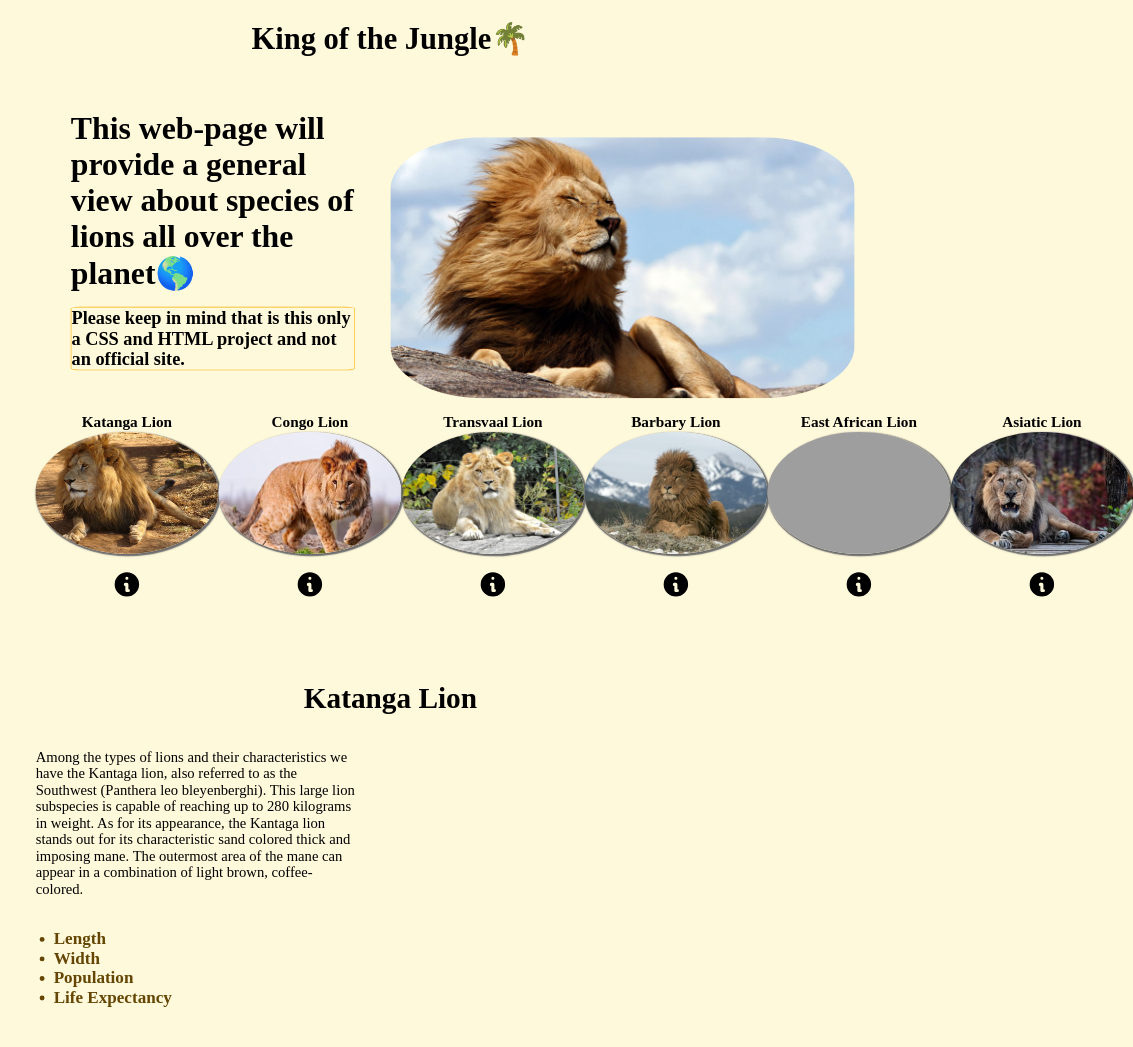
Repository: GeorgeManias/lions_project
Page: index.html
The author's editor kept a copy of each file at every save. The page is drawn from the files as they stood at one save, then again after the next save.
The browser window is 1280 px wide. The page is 1858 px wide, so the pictures cover 1858 px, including what lies to the right of the window. The pictures show the whole page, at 61% of full size.
Pictures or frames that could not be fetched are drawn as grey boxes. Some web fonts or font styles are not loaded; a fallback is used.

Above is the page before, as saved 2021-11-05 20:16:59.

### index.html
<!DOCTYPE html>
<html lang="en">
  <head>
    <link rel="stylesheet" href="index.css" />
    <link
      href="https://fonts.googleapis.com/css2?family=Roboto:ital@1&display=swap"
      rel="stylesheet"
    />
    <link rel="preconnect" href="https://fonts.googleapis.com" />
    <link rel="preconnect" href="https://fonts.gstatic.com" crossorigin />
    <link
      href="https://fonts.googleapis.com/css2?family=Fruktur&family=Roboto:ital,wght@1,100;1,300&display=swap"
      rel="stylesheet"
    />
    <title>King of the Jungle</title>
  </head>
  <div class="container">
    <!--This will be the container fro the main_page-->
    <!--Start of Hero Area ---------------------------------------------------------------------------------------------------------------------------------------->
    <body>
      <header class="header_top">
        <h1>King of the Jungle🌴</h1>
      </header>
      <!--Class above will support the grid between header and main photo-->
      <div class="hero_section">
        <div class="headers_and_mainphoto">
          <header>
            <!--This area will be for the upper body part-->
            <h1 class="main_header">
              This web-page will provide a general view about species of lions
              all over the planet🌎
            </h1>
            <h2 class="project_header">
              Please keep in mind that is this only a CSS and HTML project and
              not an official site.
            </h2>
          </header>
          <img
            src="pictures/main_lion.jpg"
            alt="main_lion_photo"
            class="main_photo"
          />
        </div>

        <!--Multiple Pictures Grid Start----------------------------------------------------------------------------------------------->
        <div class="grid_with_6_pictures">
          <!--Katanga_Lion_Start-->
          <h3 id="katanga_title_cord" class="titles_6">Katanga Lion</h3>
          <img
            src="pictures/katanga_lion.jpg"
            alt="katanga_lion"
            id="katanga_img_cord"
            class="img_6"
          />
          <svg
            href="#"
            class="info_svg"
            xmlns="http://www.w3.org/2000/svg"
            width="100"
            height="100"
            viewBox="0 0 24 24"
          >
            <a href="https://www.google.co.uk/" target="_top" class="svg_link">
              <path
                stroke-linecap="round"
                stroke-linejoin="round"
                stroke-width="2"
                d="M13 16h-1v-4h-1m1-4h.01M21 12a9 9 0 11-18 0 9 9 0 0118 0z"
              />
            </a>
          </svg>
          <!--Katanga_Lion_End-->

          <!--Congo_Lion_Start-->
          <h3 id="congo_title_cord" class="titles_6">Congo Lion</h3>
          <img
            src="pictures/congo_lion.jpg"
            alt="congo_lion"
            id="congo_img_cord"
            class="img_6"
          />
          <svg
            class="info_svg"
            id="congo_info_cord"
            xmlns="http://www.w3.org/2000/svg"
            width="100"
            height="100"
            viewBox="0 0 24 24"
          >
            <a href="https://www.google.co.uk/" target="_top" class="svg_link">
              <path
                stroke-linecap="round"
                stroke-linejoin="round"
                stroke-width="2"
                d="M13 16h-1v-4h-1m1-4h.01M21 12a9 9 0 11-18 0 9 9 0 0118 0z"
              />
            </a>
          </svg>
          <!--Congo_Lion_End-->

          <!--Transvaal_Lion_Start-->
          <h3 id="Transvaal_title_cord" class="titles_6">Transvaal Lion</h3>
          <img
            src="pictures/Transvaal_lion.jpg"
            alt="Transvaal_lion"
            id="Transvaal_img_cord"
            class="img_6"
          />
          <svg
            class="info_svg"
            id="Transvaal_info_cord"
            xmlns="http://www.w3.org/2000/svg"
            width="100"
            height="100"
            viewBox="0 0 24 24"
          >
            <a href="https://www.google.co.uk/" target="_top" class="svg_link">
              <path
                stroke-linecap="round"
                stroke-linejoin="round"
                stroke-width="2"
                d="M13 16h-1v-4h-1m1-4h.01M21 12a9 9 0 11-18 0 9 9 0 0118 0z"
              />
            </a>
          </svg>
          <!--Transvaal_Lion_End-->

          <!--barbary_Lion_Start-->
          <h3 id="barbary_title_cord" class="titles_6">Barbary Lion</h3>
          <img
            src="pictures/barbary_lion.jpg"
            alt="barbary_lion"
            id="barbary_img_cord"
            class="img_6"
          />
          <svg
            class="info_svg"
            id="barbary_info_cord"
            xmlns="http://www.w3.org/2000/svg"
            width="100"
            height="100"
            viewBox="0 0 24 24"
          >
            <a href="https://www.google.co.uk/" target="_top" class="svg_link">
              <path
                stroke-linecap="round"
                stroke-linejoin="round"
                stroke-width="2"
                d="M13 16h-1v-4h-1m1-4h.01M21 12a9 9 0 11-18 0 9 9 0 0118 0z"
              />
            </a>
          </svg>
          <!--barbary_Lion_End-->

          <!--east_african_Lion_Start-->
          <h3 id="east_african_title_cord" class="titles_6">
            East African Lion
          </h3>
          <img
            src="pictures/east_african.jpg"
            alt="east_african_lion"
            id="east_african_img_cord"
            class="img_6"
          />
          <svg
            class="info_svg"
            id="east_african_info_cord"
            xmlns="http://www.w3.org/2000/svg"
            width="100"
            height="100"
            viewBox="0 0 24 24"
          >
            <a href="https://www.google.co.uk/" target="_top" class="svg_link">
              <path
                stroke-linecap="round"
                stroke-linejoin="round"
                stroke-width="2"
                d="M13 16h-1v-4h-1m1-4h.01M21 12a9 9 0 11-18 0 9 9 0 0118 0z"
              />
            </a>
          </svg>
          <!--east_african_Lion_End-->

          <!--asiatic_Lion_Start-->
          <h3 id="asiatic_title_cord" class="titles_6">Asiatic Lion</h3>
          <img
            src="pictures/asiatic_lion.jpg"
            alt="asiatic_lion"
            id="asiatic_img_cord"
            class="img_6"
          />
          <svg
            class="info_svg"
            id="asiatic_info_cord"
            xmlns="http://www.w3.org/2000/svg"
            width="100"
            height="100"
            viewBox="0 0 24 24"
          >
            <a href="https://www.google.co.uk/" target="_top" class="svg_link">
              <path
                stroke-linecap="round"
                stroke-linejoin="round"
                stroke-width="2"
                d="M13 16h-1v-4h-1m1-4h.01M21 12a9 9 0 11-18 0 9 9 0 0118 0z"
              />
            </a>
          </svg>
          <!--Multiple Pictures Grid End----------------------------------------------------------------------------------------------->
        </div>
      </div>
      <!--End of Hero Area ---------------------------------------------------------------------------------------------------------------------------------------->

      <!------------Analitikh 1/6 Arxh Katanga------------------------------------------------------------------------------------------------------------------------->
      <div class= "analysis_grid">
          <h1 class="analysis_h1">Katanga Lion</h1>
          <p class="analysis_p">Among the types of lions and their characteristics we have the Kantaga lion, also referred to as the Southwest (Panthera leo bleyenberghi). This large lion subspecies is capable of reaching up to 280 kilograms in weight.

            As for its appearance, the Kantaga lion stands out for its characteristic sand colored thick and imposing mane. The outermost area of the mane can appear in a combination of light brown, coffee-colored.</p>
          <ul class="analysis_list">
            <li>Length</li>
            <li>Width</li>
            <li>Population</li>
            <li>Life Expectancy</li>
          </ul>

      </div>
      <!------------Analitikh 1/6 Telos Katanga------------------------------------------------------------------------------------------------------------------------>
    </body>
    </body>
  </div>
</html>






<!--1
  Katanga lion
  Congo Lion
  Transvaal lion
  East African lion
  Asiatic lion
  West African lion

-->

### index.css
/*

--- 01 TYPOGRAPHY SYSTEM

- Font sizes (px)
10 / 12 / 14 / 16 / 18 / 20 / 24 / 30 / 36 / 44 / 52 / 62 / 74 / 86 / 98

- Font weights
Default: 400
Medium: 500
Semi-bold: 600
Bold: 700

- Line heights
Default: 1
Small: 1.05
Medium: 1.2
Paragraph default: 1.6

- Letter spacing
-0.5px
0.75px

--- 02 COLORS

- Primary: ##fab005
- Tints:
#fff9db
#644602

- Shades:


#f0ede6


- Accents:
- Greys

#888
#767676 (lightest grey allowed on #fff)
#6f6f6f (lightest grey allowed on #fdf2e9)
#555
#333

--- 05 SHADOWS

0 2.4rem 4.8rem rgba(0, 0, 0, 0.075);

--- 06 BORDER-RADIUS

Default: 9px
Medium: 11px

--- 07 WHITESPACE

- Spacing system (px)
2 / 4 / 8 / 12 / 16 / 24 / 32 / 48 / 64 / 80 / 96 / 128
*/

html {
  /*εδώ βάζω το 10 με σκοπο το αλλο να έχει ευκολο πολαπλασσιο του rem*/
  font-size: 10px;
  margin-left: 0%;
  margin-right: 0%;
}

body {
  background-color: #fff9db;
  margin-bottom: 3%;
}

.header_top {
  font-family: "Fruktur", cursive;
  text-align: center;
  font-size: 2.5rem;
  margin-bottom: 0;
}

.hero_section {
  padding-left: 5rem;
  padding-right: 5rem;
}

header {
  margin-left: 10%;
  margin-right: 10%;
}

.main_header {
  font-size: 5.2rem;
  margin-bottom: 0;
}

.project_header {
  font-size: 3rem;
  border: 0.1rem solid #fab005;
  border-radius: 3%;
}

.headers_and_mainphoto {
  /*Αυτο το πεδίο αναφέρεται στο grid*/
  display: grid;
  grid-template-columns: 50% 50%;
  align-items: center;
}

.grid_with_6_pictures {
  display: grid;
  grid-template-columns: 1fr 1fr 1fr 1fr 1fr 1fr;
  grid-template-rows: auto auto auto;
  justify-items: center;
  align-items: flex-end;
}

.main_photo {
  width: 761px;
  margin-top: 100px;
  border-radius: 20%;
}

.img_6 {
  width: 300px;
  height: 200px;
  border-radius: 50%;
  box-shadow: 2px 2px 2px 2px rgb(109, 109, 109);
}

.titles_6 {
  font-size: 2.5rem;
  margin-bottom: 0.8%;
}

.info_svg {
  width: 20%;
  stroke: #fff9db;
  border-radius: 0;
  padding-top: 0%;
}

.svg_link:link {
  width: 20%;
  stroke: #fff9db;
  border-radius: 0;
  padding-top: 0%;
}

.svg_link:visited {
  width: 20%;
  stroke: #fff9db;
  border-radius: 0;
  padding-top: 0%;
}

.svg_link:hover {
  width: 20%;
  stroke: #fab005;
  border-radius: 0;
  padding-top: 0%;
  transition: all 1s;
}
/*//////////////////////////////////////////////////////////////////////////////////////////////////////////////////////////////////////////////////////////////////*/
/*Katanga Lion Cord Start*/
#katanga_title_cord {
  grid-column: 1/2;
  grid-row: 1/2;
}
#katanga_img_cord {
  grid-column: 1/2;
  grid-row: 2/3;
}

#katanga_info_cord {
  grid-column: 1/2;
  grid-row: 3/4;
}
/*Katanga Lion Cord End*/

/*Congo Lion Cord Start*/
#congo_title_cord {
  grid-column: 2/3;
  grid-row: 1/2;
}
#congo_img_cord {
  grid-column: 2/3;
  grid-row: 2/3;
}

#congo_info_cord {
  grid-column: 2/3;
  grid-row: 3/4;
}
/*Congo Lion Cord End*/

/*Transvaal Lion Cord Start*/
#Transvaal_title_cord {
  grid-column: 3/4;
  grid-row: 1/2;
}
#Transvaal_img_cord {
  grid-column: 3/4;
  grid-row: 2/3;
}

#Transvaal_info_cord {
  grid-column: 3/4;
  grid-row: 3/4;
}
/*Transvaal Lion Cord End*/

/*Congo Lion Cord End*/

/*barbary Lion Cord Start*/
#barbary_title_cord {
  grid-column: 4/5;
  grid-row: 1/2;
}
#barbary_img_cord {
  grid-column: 4/5;
  grid-row: 2/3;
}

#barbary_info_cord {
  grid-column: 4/5;
  grid-row: 3/4;
}
/*barbary Lion Cord End*/

/*east_african Lion Cord Start*/
#east_african_title_cord {
  grid-column: 5/6;
  grid-row: 1/2;
}
#east_african_img_cord {
  grid-column: 5/6;
  grid-row: 2/3;
}

#east_african_info_cord {
  grid-column: 5/6;
  grid-row: 3/4;
}
/*east_african Lion Cord End*/

/*asiatic Lion Cord Start*/
#asiatic_title_cord {
  grid-column: 6/7;
  grid-row: 1/2;
}
#asiatic_img_cord {
  grid-column: 6/7;
  grid-row: 2/3;
}

#asiatic_info_cord {
  grid-column: 6/7;
  grid-row: 3/4;
}
/*asiatic Lion Cord End*/
/*//////////////////////////////////////////////////////////////////////////////////////////////////////////////////////////////////////////////////////////////////*/

/*////////////////////////////////////////////////////////////////////////////////////////////////////////////////////////////////////////////////////////////////////
Katanga Analysis 1/6 Arxh
////////////////////////////////////////////////////////////////////////////////////////////////////////////////////////////////////////////////////////////////////*/
.analysis_grid {
  display: grid;
  grid-template-columns: 1fr 1fr;
  grid-template-rows: auto auto auto;
  margin-top: 6%;
}

.analysis_h1 {
  font-size: 4.8rem;
  text-align: center;
}

.analysis_p {
  font-size: 2.4rem;
  padding-left: 8%;
  padding-right: 8%;
}

.analysis_list {
  font-size: 2.8rem;
  padding-left: 8rem;
  font-weight: 700;
  color: #644602;
}
/*Katanga Analysis stixisi Arxh///////////////////////////////////////////////*/
.analysis_h1 {
  grid-column: 1/-1;
}

.analysis_p {
  grid-row: 2/3;
  grid-column: 1/2;
}

.analysis_list {
  grid-row: 3/4;
  grid-column: 1/2;
}

/*Katanga Analysis stixisi Telos///////////////////////////////////////////////*/

After the next save:
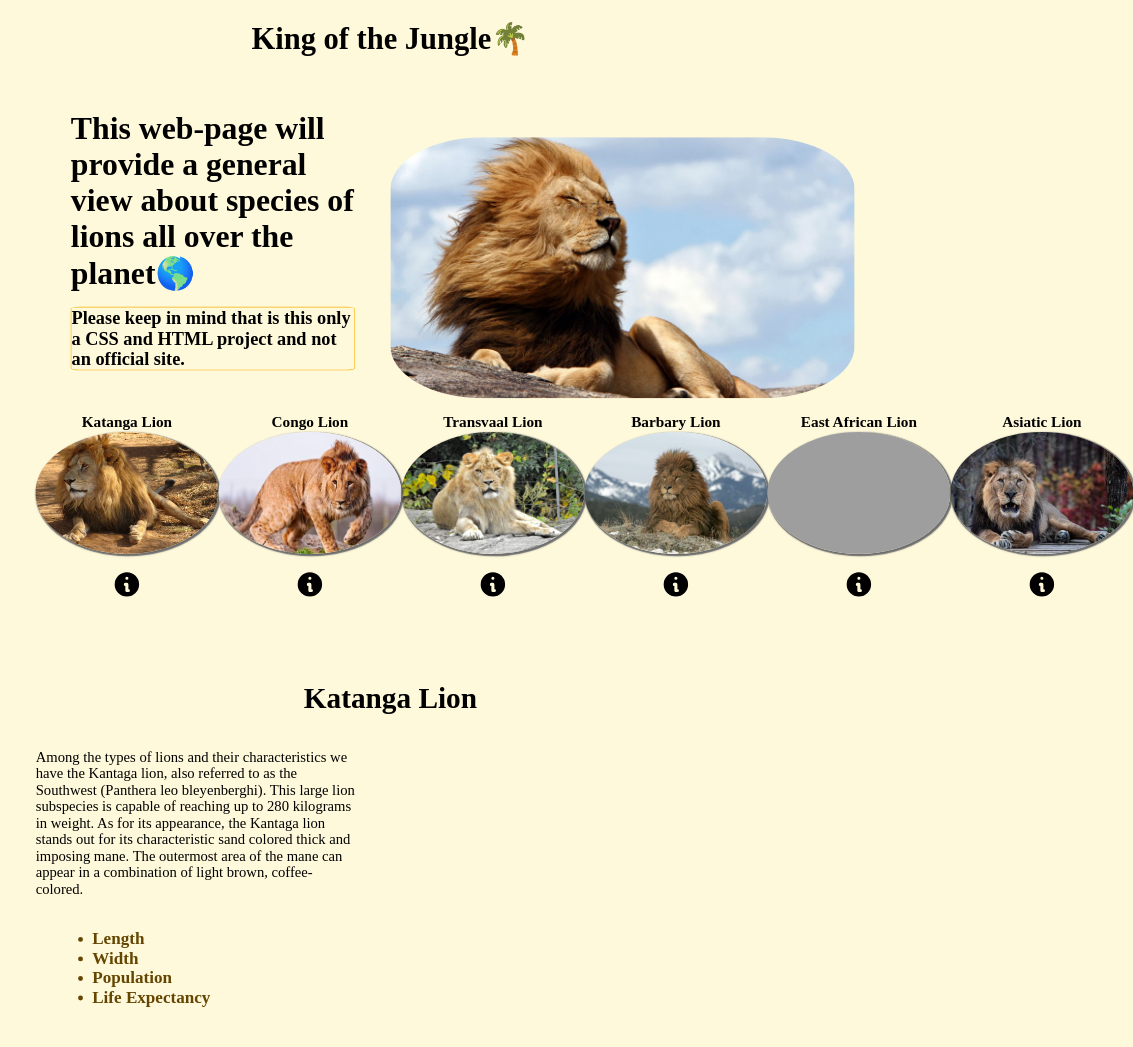
Saved 23 s later.
--- a/index.css
+++ b/index.css
@@ -285,6 +285,7 @@ Katanga Analysis 1/6 Arxh
   padding-left: 8rem;
   font-weight: 700;
   color: #644602;
+  margin-left: 10%;
 }
 /*Katanga Analysis stixisi Arxh///////////////////////////////////////////////*/
 .analysis_h1 {
